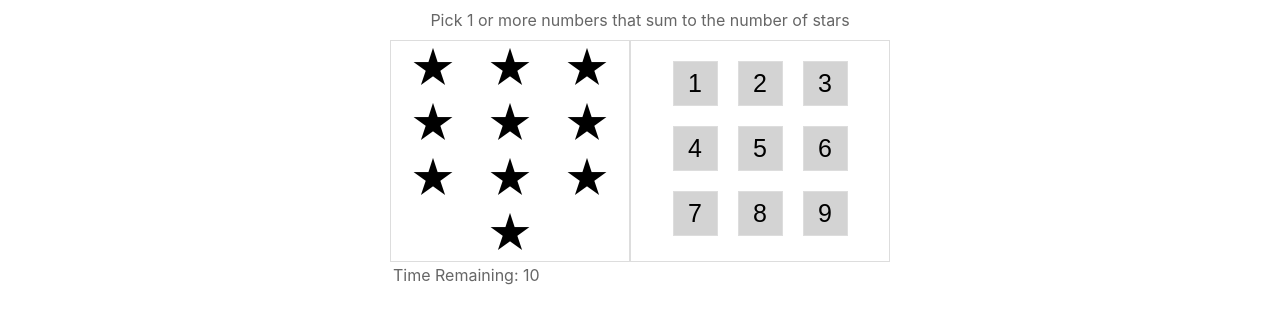
Repository: alicescfernandes/star-match-react-ts
Page: /
These files come from the project's save history. The page is drawn as it stood at one moment and after a run of saves; the edit follows.
The browser window is 1280 px wide. The pictures show the whole page.
The project was rebuilt for these pictures with package versions that can differ from the ones it lists, and the page was loaded fresh each time.

Above is the page before, as saved 2020-12-22 00:00:53.

After the next 3 saves:
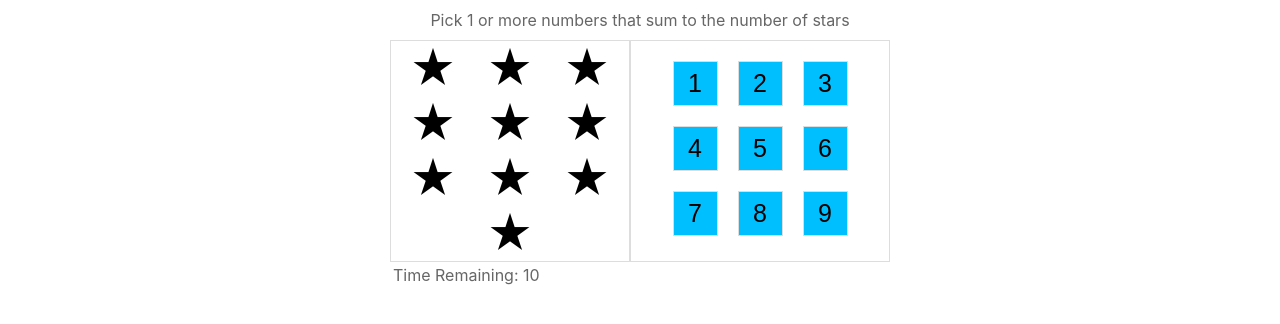
The 3 saves are shown as one change because 1 did not build or start and some came seconds apart.
The last was saved 34 s later.
--- a/src/App.tsx
+++ b/src/App.tsx
@@ -17,7 +17,7 @@
       return 'used';
     }
 
-    if (candidateNums.includes(number)) {
+    if (candidateNums.includes(number) !== undefined) {
       return candidatesAreWrong ? "wrong" : "candidate";
     }
 

After the save that followed:
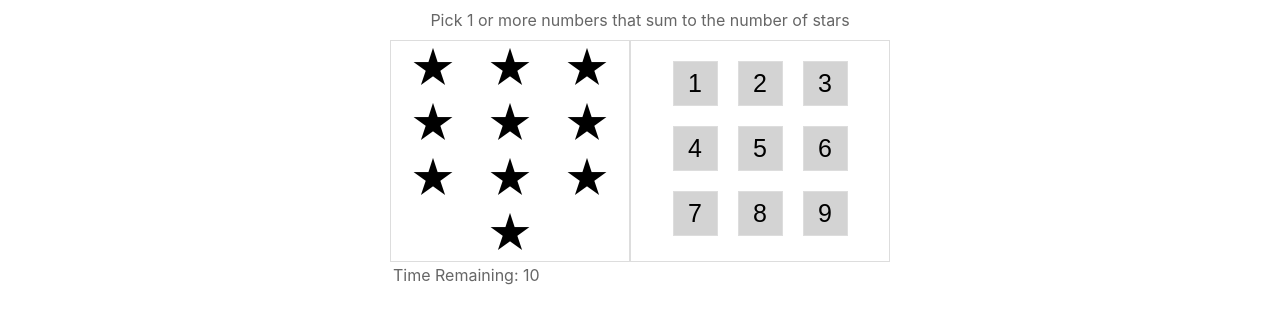
Saved 63 s later.
--- a/src/App.tsx
+++ b/src/App.tsx
@@ -17,7 +17,7 @@
       return 'used';
     }
 
-    if (candidateNums.includes(number) !== undefined) {
+    if (candidateNums.includes(number)) {
       return candidatesAreWrong ? "wrong" : "candidate";
     }
 
